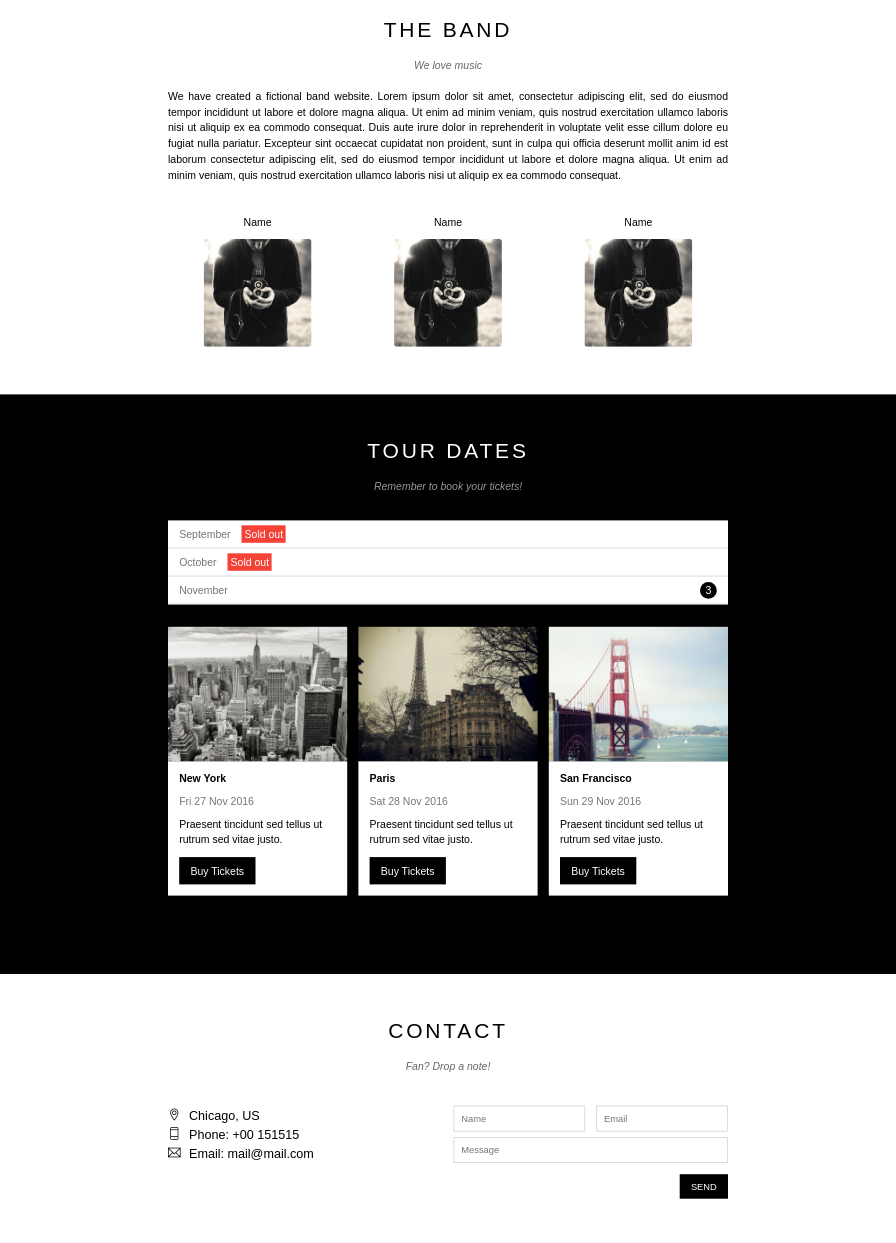
Repository: maivannhan1998/git-w3band
Page: index.html
An editor plug-in stored every save of this project. The page is shown before and after the next save, followed by the edit.
The browser window is 1280 px wide. The pictures show the part of the page from y = 679 to 2599 px (the page is 2455 px tall before and 2599 px after), at 70% of full size.

Above is the page before, as saved 2021-09-05 21:05:59.

### index.html
<!DOCTYPE html>
<html lang="en">
<head>
    <meta charset="UTF-8">
    <meta http-equiv="X-UA-Compatible" content="IE=edge">
    <meta name="viewport" content="width=device-width, initial-scale=1.0">
    <title>Document</title>
    <link rel="stylesheet" href="./asset/css/style.css">
    <link rel="stylesheet" href="./asset/fontss/themify-icons/themify-icons.css">
</head>
<body>
    <div id="main">
        <div id="header">
            <!-- Begin: nav -->
            <ul id="nav">
                <li><a href="">Home</a></li>
                <li><a href="">Tour</a></li>
                <li><a href="">Band</a></li>
                <li><a href="">Contact</a></li>
                <li><a href="">
                    More
                    <i class="nav-arrow-down ti-angle-down"></i>
                </a>
                    <ul class="subnav">
                        <li><a href="">Merchandise</a></li>
                        <li><a href="">Extras</a></li>
                        <li><a href="">Media</a></li>
                    </ul>
                </li>
            </ul>
            <!-- End: nav -->

            <!-- Begin: Search button -->
            <div class="search-btn">
                <i class="search-icon ti-search"></i>
            </div>
            <!-- End: Search button -->


        </div>

        <div id="slider">
            <div class="text-content">
                <h2 class="text-heading">New York</h2>
                <div class="text-des">The atmosphere in New York is lorem ipsum.</div>
            </div>
        </div>

        <div id="content">
            <!-- About section -->
            <div class="content-section">
                <h2 class="heading-section">THE BAND</h2>
                <p class="heading-sub-section">We love music</p>
                <p class="about-text">We have created a fictional band website. Lorem ipsum dolor sit amet, consectetur adipiscing elit, sed do eiusmod tempor incididunt ut labore et dolore magna aliqua. Ut enim ad minim veniam, quis nostrud exercitation ullamco laboris nisi ut aliquip ex ea commodo consequat. Duis aute irure dolor in reprehenderit in voluptate velit esse cillum dolore eu fugiat nulla pariatur. Excepteur sint occaecat cupidatat non proident, sunt in culpa qui officia deserunt mollit anim id est laborum consectetur adipiscing elit, sed do eiusmod tempor incididunt ut labore et dolore magna aliqua. Ut enim ad minim veniam, quis nostrud exercitation ullamco laboris nisi ut aliquip ex ea commodo consequat.</p>
                <div class="row members-list">
                    <div class="col col-third text-center">
                         <p class="member-name">Name</p>
                         <img src="/asset/img/band/member1.jpg" alt="Name" class="member-img">
                    </div>
                    <div class="col col-third text-center">
                        <p class="member-name">Name</p>
                        <img src="/asset/img/band/member1.jpg" alt="Name" class="member-img">
                   </div>
                   <div class="col col-third text-center">
                        <p class="member-name">Name</p>
                        <img src="/asset/img/band/member1.jpg" alt="Name" class="member-img">
                    </div>


                </div>
            </div>

            <!--Tour section  -->
            <div class="tour-section">

                <div class="content-section">
                    <h2 class="heading-section text-white">TOUR DATES</h2>
                    <p class="heading-sub-section text-white">Remember to book your tickets!</p>
                    <ul class="tickets-list">
                        <li>September<span class="sold-out">Sold out</span></li>
                        <li>October<span class="sold-out">Sold out</span></li>
                        <li>November<span class="quanity">3</span></li>
                    </ul>

                    <!-- Place section -->
                    <div class="row places-list">
                        <div class="col col-third ">
                            <img src="/asset/img/places/newyork.jpg" alt="New York" class="place-img">
                            <div class="place-content">
                                <h3 class="place-heading">New York</h3>
                                <p class="place-time">Fri 27 Nov 2016</p>
                                <p class="place-des">Praesent tincidunt sed tellus ut rutrum sed vitae justo.</p>
                                <a href="#" class="place-buy-btn">Buy Tickets</a>
                            </div>
                        </div>

                        <div class=" col col-third ">
                            <img src="/asset/img/places/paris.jpg" alt="Paris" class="place-img">
                            <div class="place-content">
                                <h3 class="place-heading">Paris</h3>
                                <p class="place-time">Sat 28 Nov 2016</p>
                                <p class="place-des">Praesent tincidunt sed tellus ut rutrum sed vitae justo.</p>
                                <a href="#" class="place-buy-btn">Buy Tickets</a>
                            </div>
                        </div>

                        <div class=" col col-third ">
                            <img src="/asset/img/places/sanfran.jpg" alt="San Francisco" class="place-img">
                            <div class="place-content">
                                <h3 class="place-heading">San Francisco</h3>
                                <p class="place-time">Sun 29 Nov 2016</p>
                                <p class="place-des">Praesent tincidunt sed tellus ut rutrum sed vitae justo.</p>
                                <a href="#" class="place-buy-btn">Buy Tickets</a>
                            </div>
                        </div>


                    </div>
                </div>


            </div>

            <!-- Contact section -->

            <div class="content-section">
                <h2 class="heading-section">CONTACT</h2>
                <p class="heading-sub-section">Fan? Drop a note!</p>


                <div class="row contact-content">
                    <div class="col col-half contact-info">
                           <p><i class="ti-location-pin"></i>Chicago, US</p>
                           <p><i class="ti-mobile"></i>Phone: +00 151515</p>
                           <p><i class="ti-email"></i>Email: mail@mail.com</p>
                    </div>
                    <div class="col col-half contact-form">
                        <form action="">
                            <div class="row">
                                   <div class="col col-half">
                                       <input type="text" name="" placeholder="Name" required  id="contact-name" class="form-control">
                                   </div>
                                   <div class="col col-half">
                                       <input type="email" name="" placeholder="Email" required id="contact-email" class="form-control">
                                   </div>
                                   <!-- <div class="clear"></div> -->
                            </div>
                            <div class="row mt-8">
                               <div class="col col-full">
                                   <input type="text" name="" placeholder="Message" id="contact-message" required class="form-control">
                               </div>
                            </div>
                            <input class="form-submit-btn mt-16" type="submit" value="SEND">

                        </form>
                    </div>
                </div>
            </div>



        </div>

        <div id="footer">
            <p class=""></p>
        </div>
    </div>
</body>
</html>

### asset/css/style.css
/* Reset CSS*/
*{
    padding: 0;
    margin: 0;
    box-sizing: border-box;
}

/* common */

.row {
    margin-left: -8px;
    margin-right: -8px;
}

.row::after {
    content: "";
    display: block;
    clear: both;
}

.col {
    float: left;
    padding-left: 8px;
    padding-right: 8px;
}

.col-third {
    width: 33.33333%;
}

.col-half {
    width: 50%;
}

.col-full {
    width: 100%;
}

.text-center {
    text-align: center !important;
}

.clear {
    clear: both;
}

.text-white {
    color: #fff !important;
}

.mt-8 {
    margin-top: 8px;
}

.mt-16 {
    margin-top: 16px;
}

html{
    font-family: Arial, Helvetica, sans-serif;

}

#main{

}

#header{
    position: fixed;
    top: 0;
    left: 0;
    right: 0;
    height: 46px;
    background-color: #000;
    z-index: 1;
}

#nav {
    display: inline-block ;
}

#nav, .subnav {
    list-style-type: none;
}

#nav > li {
    display: inline-block;
}

#nav li{
    position: relative;

}

#nav > li > a {
    color: #fff;
    text-transform: uppercase;
}

#nav li a {
    padding: 0 24px;
    line-height: 46px;
    display: block;
    text-decoration: none;
}
#nav .subnav li:hover a,
#nav > li:hover > a {
    color: #000;
    background-color: #ccc;
}

#nav .subnav {
    display: none;
    position: absolute;
    top: 100%;
    left: 0;
    min-width: 160px;
    background-color: #fff;
    box-shadow: 0 0 10px rgba(0, 0, 0, 0.3);
}

#nav .subnav a {
    color: #000;
    background-color: #fff;
    padding: 0 12px;
    line-height: 38px;

}

#nav li:hover .subnav {
    display: block;
}

.nav-arrow-down {
    font-size: 14px;
}

#header .search-btn {
    float: right;
    padding: 0px 21px;

}

#header .search-btn:hover {
    cursor: pointer;
    background-color: #f44336;
}

#header .search-icon {
    color: #fff;
    font-size: 20px;
    line-height: 46px;
}

#slider{
   /* margin-top: 46px; */
   /* chỉ số % chiều ngang của chính nó (chiều cao lun bằng 1/2 chiều ngang) */
   position: relative;
   padding-top: 50%;
   background: url('/asset/img/slider/slider1.jpg') top center / cover no-repeat;
}

#slider .text-content {
    position: absolute;
    bottom: 47px;
    color: #fff;
    width: 100%;
    /* left: 50%;
   transform: translateX(-50%); */
   text-align: center;

}

#sider .text-heading {
    font-weight: 500;
    font-size: 24px;
}

#slider .text-des {
    font-size: 15px;
    margin-top: 25px;
}

#content{

}

#content .content-section {
    width: 800px;
   padding: 64px 0;
   margin-left: auto;
   margin-right: auto;

}

#content .heading-section {
    text-align: center;
    font-size: 30px;
    font-weight: 500;
    letter-spacing: 4px;
}

#content .heading-sub-section {
    text-align: center;
    font-size: 15px;
    margin-top: 25px;
    font-style: italic;
    opacity: 0.6;
}

#content .about-text {
    margin-top: 25px;
    text-align: justify;
    font-size: 15px;
    line-height: 1.5;
}

#content .members-list {
    margin-top: 48px;
}



#content .member-name {
    font-size: 15px;
}

#content .member-img {
    width: 154px;
    margin-top: 15px ;
    border-radius: 4px;

}

/* tour section */

.tour-section {
    background-color: #000;
}

.tickets-list {
    margin-top: 40px;
    list-style-type: none;
    background-color: #fff;

}

.tickets-list li {
    color: #757575;
    font-size: 15px;
    padding: 11px 16px;
    border-bottom: 1px solid #ccc;
}

.tickets-list .sold-out {
    color: #fff;
    background-color: #f44336;
    padding: 4px 4px;
    margin-left: 16px;
}

.tickets-list .quanity {
    float: right;
    color: #fff;
    background-color: #000;
    width: 24px;
    height: 24px;
    border-radius: 50%;
    text-align: center;
    margin-top: -3px;
    line-height: 24px;
}

.places-list {
    margin-top: 32px;
    margin-bottom: 48px;

}

.place-img{
    width: 100%;
    display: block;
}

.place-img:hover {
    opacity: 0.6;
}

.place-content{
background-color: #fff;
padding: 16px;
font-size: 15px;
}

.place-heading{
    font-size: 15px;
}

.place-time{
    margin-top: 15px;
    color: #757575;
}

.place-des{
    margin: 15px 0;
    line-height: 1.4;
}

.place-buy-btn{
    color: #fff;
    background-color: #000;
    text-decoration: none;
    padding: 11px 16px;
    display: inline-block;
}

.place-buy-btn:hover {
    color: #000;
    background-color: #ccc;
}

/* contact form */

.contact-content {
    margin-top: 48px;
}

.contact-info {
    font-size: 18px;
}

.contact-info i[class*="ti-"]{
    width: 30px;
    display: inline-block;
    line-height: 1.5;
}

.contact-form {
    font-size: 15px;
}

.contact-form .form-control {
    padding: 10px;
    border: 1px solid #ccc;
    width: 100%;
}

.form-submit-btn {
    padding: 10px 16px;
    float: right;
    color: #fff;
    background: #000;
    border: none;
}

.form-submit-btn:hover {
    color: #000;
    background-color: #ccc;
}

/* Footer section */

#footer{

}

Loaded but not shown: asset/fontss/themify-icons/themify-icons.css (common file)

After the next save:
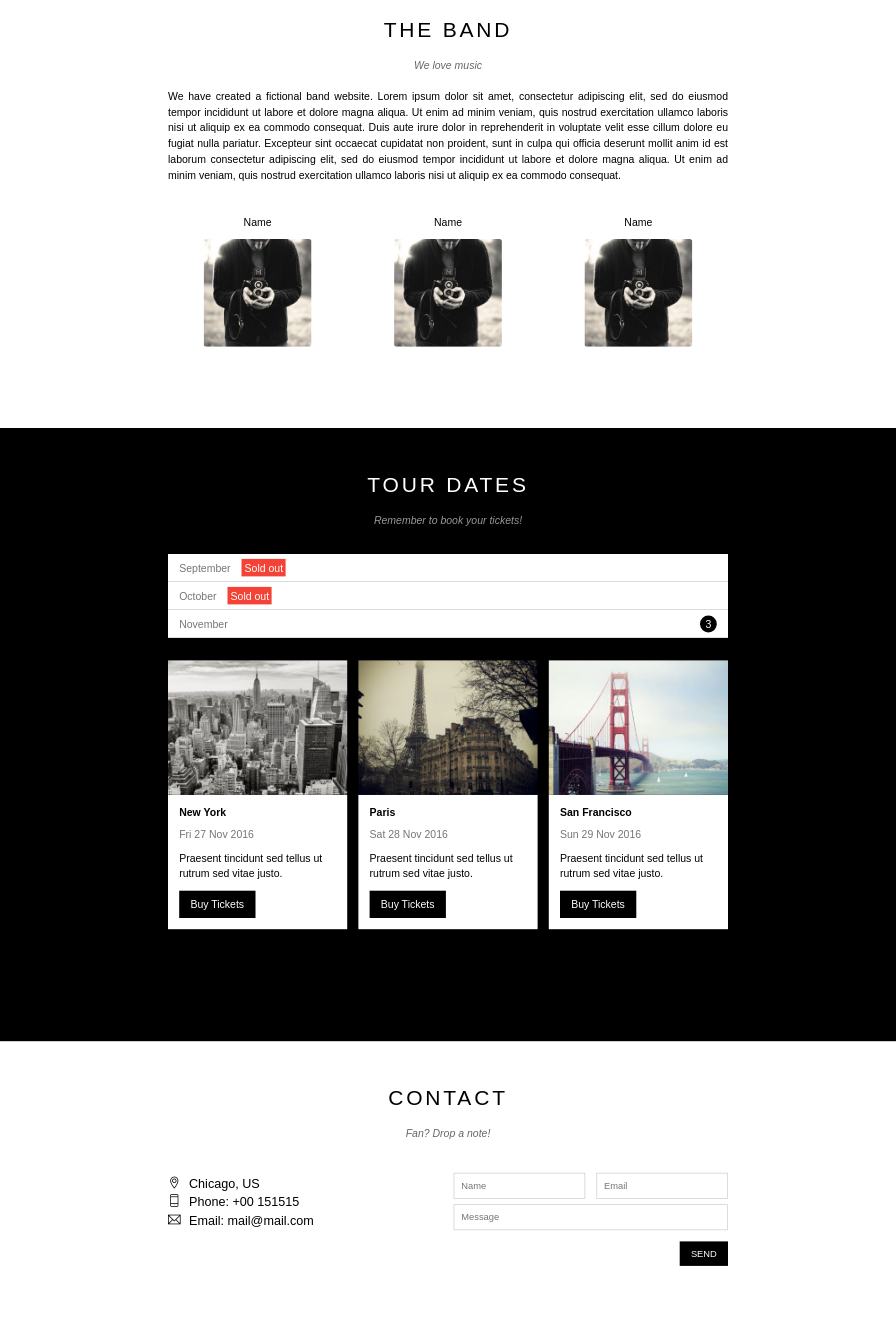
Saved 6 min 3 s later.
--- a/asset/css/style.css
+++ b/asset/css/style.css
@@ -187,7 +187,7 @@
 
 #content .content-section {
     width: 800px;
-   padding: 64px 0;
+   padding: 64px 0 112px;
    margin-left: auto;
    margin-right: auto;
 
